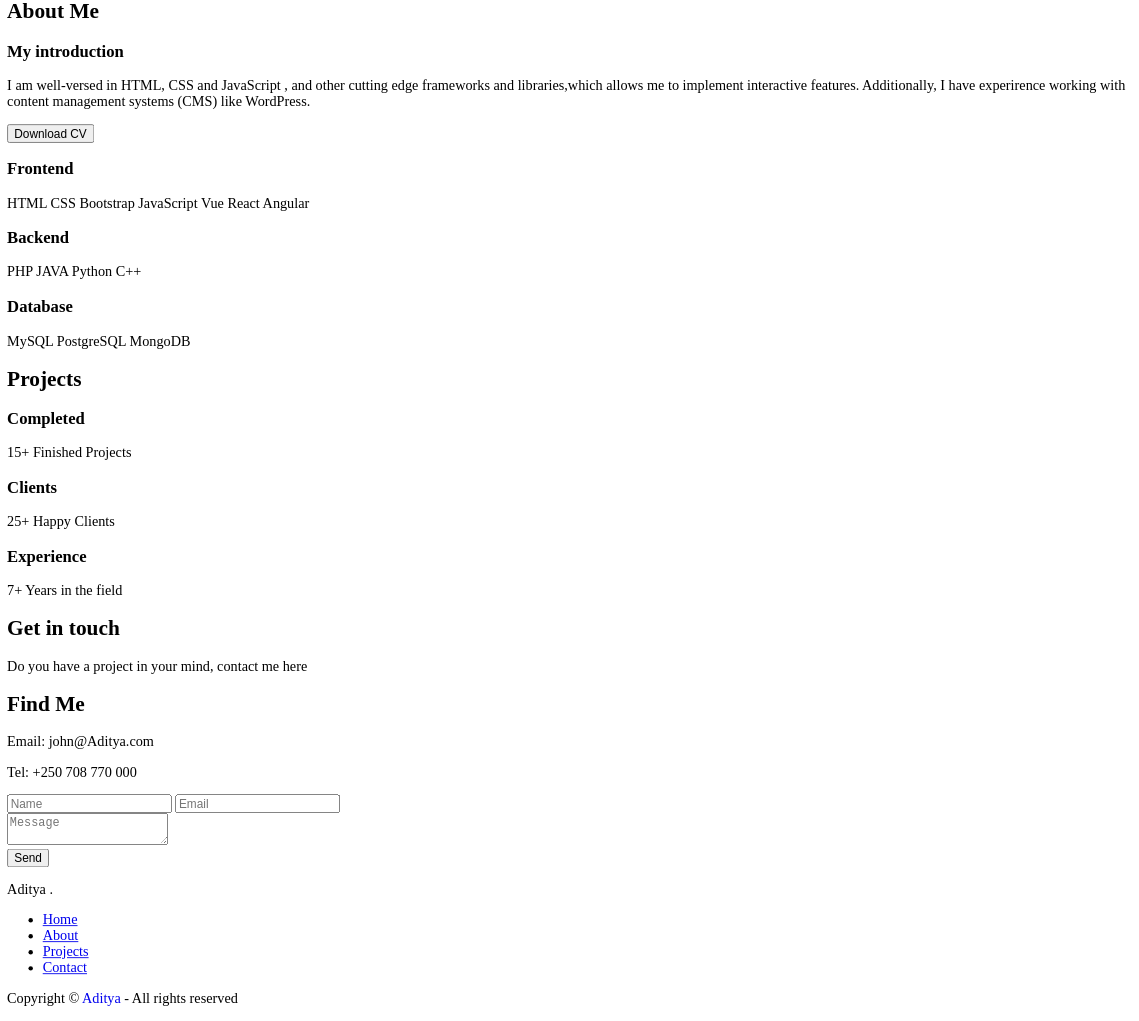
Repository: 4Kbrain/Portofolio
Page: index.html
An editor plug-in stored every save of this project. The page is shown before and after the next save, followed by the edit.
The browser window is 1280 px wide. The pictures show the part of the page from y = 640 to 1821 px (the page is 1787 px tall before and 1821 px after), at 89% of full size.
Some icons come from a web library that is not loaded, so they are not drawn. A picture or video elsewhere on the page could not be fetched, so the positions and the page height are approximate.

Above is the page before, as saved 2024-05-15 08:35:47.

After the next save:
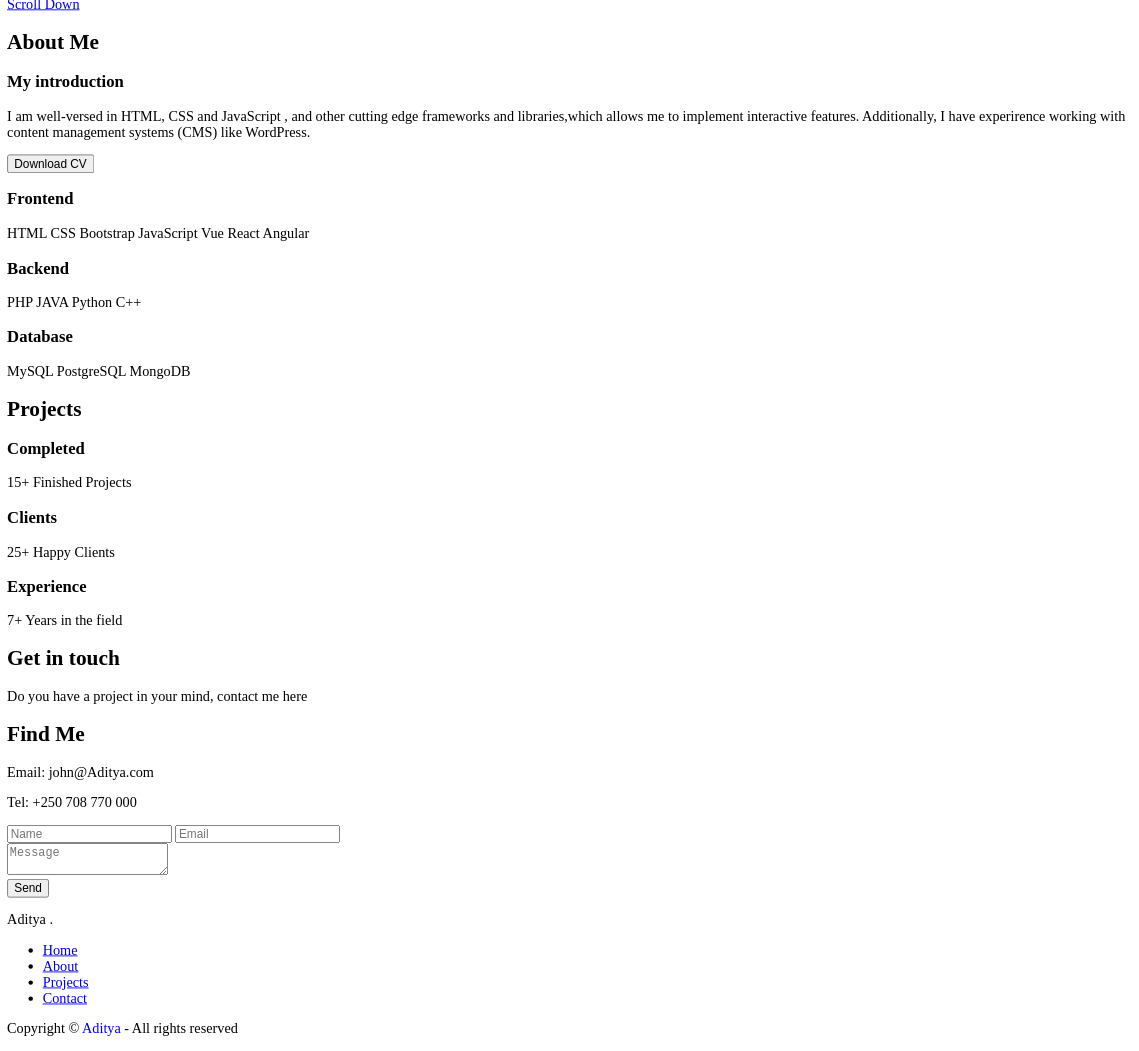
Saved 77 s later.
--- a/index.html
+++ b/index.html
@@ -78,11 +78,11 @@
                 <img src="assets/images/avatar.png" alt="avatar">
             </div>
           </div>
-          <!-- <div class="scroll-icon-box">
+          <div class="scroll-icon-box">
             <a href="#about" class="scroll-btn">
                 <i class="uil uil-mouse-alt"></i>
                 <p>Scroll Down</p>
-            </a> -->
+            </a>
           </div>
 
        </section>

After the save that followed:
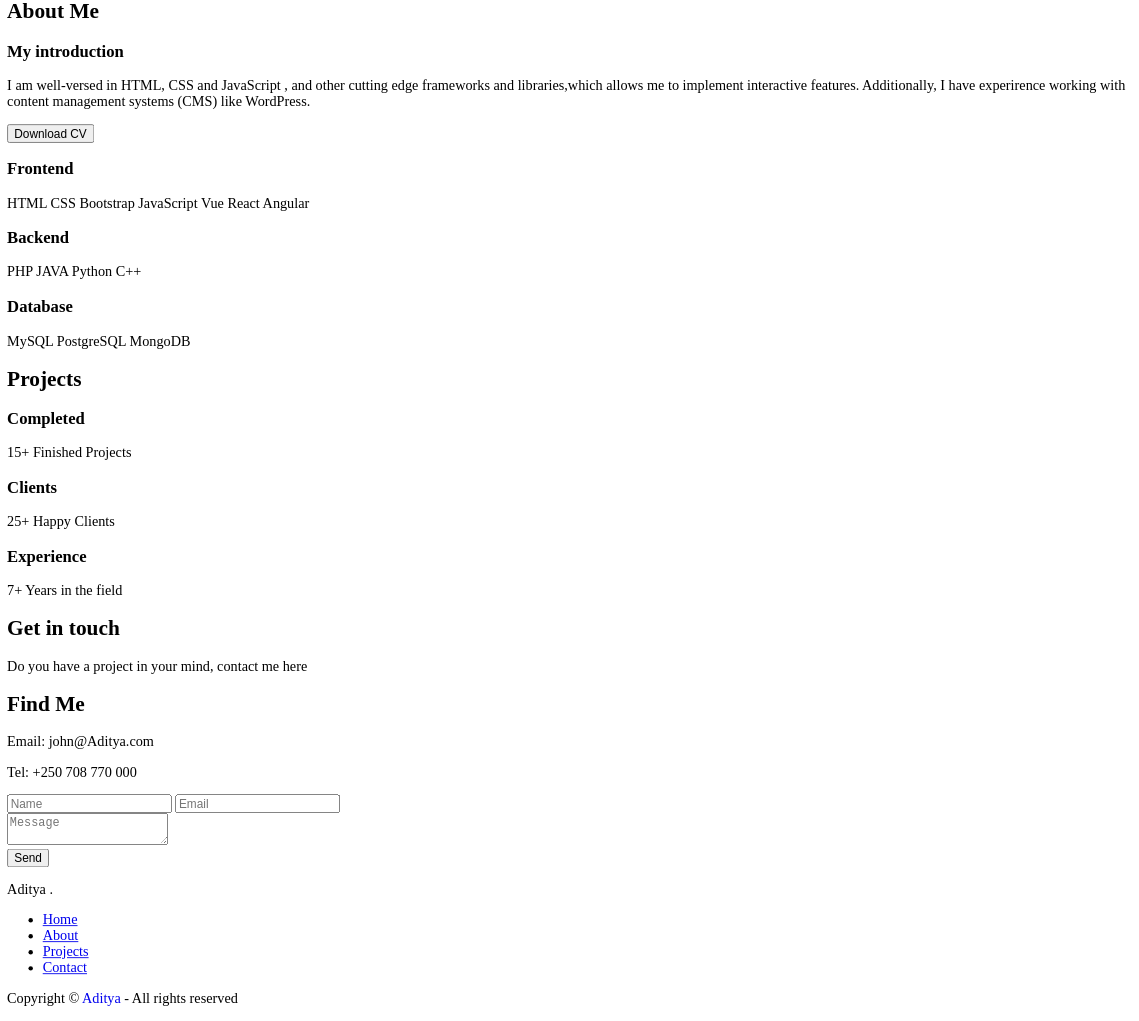
Saved 13 s later.
--- a/index.html
+++ b/index.html
@@ -78,11 +78,8 @@
                 <img src="assets/images/avatar.png" alt="avatar">
             </div>
           </div>
-          <div class="scroll-icon-box">
-            <a href="#about" class="scroll-btn">
-                <i class="uil uil-mouse-alt"></i>
-                <p>Scroll Down</p>
-            </a>
+          <!-- <div c
+         -->
           </div>
 
        </section>
